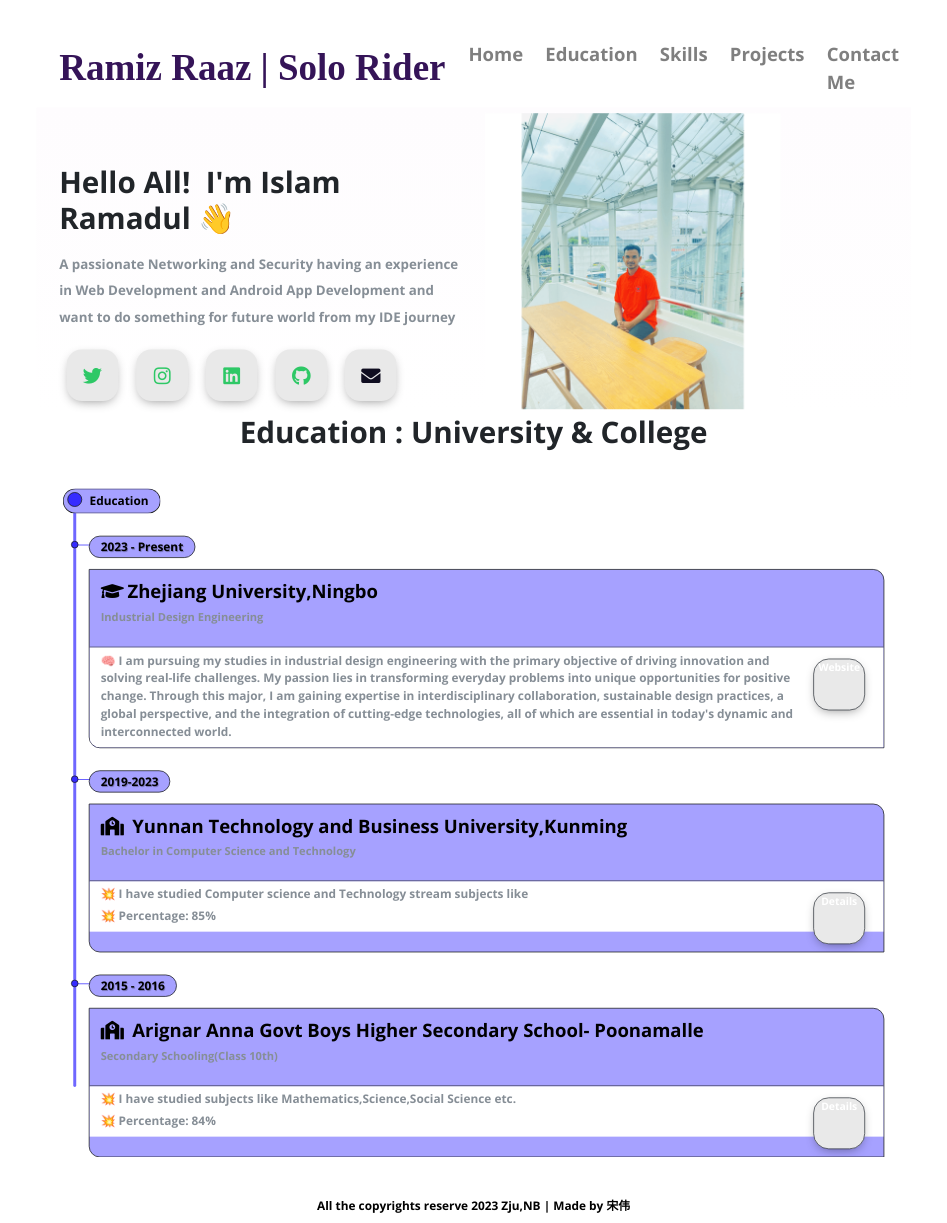
Repository: ramizraaz/ZjuProtfolio
Page: index.html
The author's editor kept a copy of each file at every save. The page is drawn from the files as they stood at one save, then again after a run of saves.
The browser window is 1280 px wide. The pictures show the whole page, at 74% of full size.
Some web fonts or font styles are not loaded; a fallback is used. Some web libraries are served in a nearby version.

Above is the page before, as saved 2023-10-08 17:27:36.

### index.html
<!DOCTYPE html>
<html lang="en" dir="ltr">

<head>
    <meta charset="utf-8">
    <meta name="viewport" content="width=device-width,initial-scale=1">
    <title>宋伟's Profile | Personal website</title>
    <link rel="icon" href="Image/RR.png">
    <link rel="stylesheet" href="https://stackpath.bootstrapcdn.com/bootstrap/4.5.0/css/bootstrap.min.css" integrity="sha384-9aIt2nRpC12Uk9gS9baDl411NQApFmC26EwAOH8WgZl5MYYxFfc+NcPb1dKGj7Sk" crossorigin="anonymous">
    <link rel="stylesheet" href="style.css">
    <link href="https://fonts.googleapis.com/css2?family=Arizonia&family=Montserrat:wght@400;800&display=swap" rel="stylesheet">
    <link href="https://fonts.googleapis.com/css2?family=Open+Sans:wght@700&display=swap" rel="stylesheet">
    <link rel="stylesheet" href="https://use.fontawesome.com/releases/v5.4.1/css/all.css" />
    <link rel="stylesheet" href="https://cdnjs.cloudflare.com/ajax/libs/font-awesome/5.13.1/css/all.min.css">
    <script src="https://code.jquery.com/jquery-3.5.1.slim.min.js" integrity="sha384-DfXdz2htPH0lsSSs5nCTpuj/zy4C+OGpamoFVy38MVBnE+IbbVYUew+OrCXaRkfj" crossorigin="anonymous"></script>
    <script src="https://cdn.jsdelivr.net/npm/popper.js@1.16.0/dist/umd/popper.min.js" integrity="sha384-Q6E9RHvbIyZFJoft+2mJbHaEWldlvI9IOYy5n3zV9zzTtmI3UksdQRVvoxMfooAo" crossorigin="anonymous"></script>
    <script src="https://stackpath.bootstrapcdn.com/bootstrap/4.5.0/js/bootstrap.min.js" integrity="sha384-OgVRvuATP1z7JjHLkuOU7Xw704+h835Lr+6QL9UvYjZE3Ipu6Tp75j7Bh/kR0JKI" crossorigin="anonymous"></script>
</head>

<body class="container-fluid body_section">
    <header>
        <nav class="navbar navbar-expand-lg navbar-light ">
            <a class="navbar-brand brand-name" href="#">Ramiz Raaz | Solo Rider</a>
            <button class="navbar-toggler" type="button" data-toggle="collapse" data-target="#navbarSupportedContent" aria-controls="navbarSupportedContent" aria-expanded="false" aria-label="Toggle navigation">
                  <span class="navbar-toggler-icon"></span>
                </button>
            <div class="collapse navbar-collapse" id="navbarSupportedContent">
                <ul class="navbar-nav ml-auto">
                    <li class="nav-item">
                        <a class="nav-link headerachor" href="index.html">Home</a>
                    </li>

                    <li class="nav-item">
                        <a class="nav-link headerachor" href="">Education</a>
                    </li>
                    <li class="nav-item">
                        <a class="nav-link headerachor" href="">Skills</a>
                    </li>
                    <li class="nav-item">
                        <a class="nav-link headerachor" href="">Projects</a>
                    </li>
                    <li class="nav-item">
                        <a class="nav-link headerachor" href="">Contact Me</a>
                    </li>
                </ul>
        </nav>
    </header>
    <!-- Intro Section -->
    <section id="Home">
        <div class="row column1">
            <div class="col-lg-6 col-md-6 first-image">
                <img class="boyimage" src="img/me.gif" alt="">
            </div>
            <div class="col-lg-6 section-1">
                <h1 class="Hello">Hello All!&nbsp&nbspI'm Islam Ramadul <span class="wave">👋</span></h1>
                <p>A passionate Networking and Security having an experience in Web Development and Android App Development and want to do something for future world from my IDE journey</p>
                <div class=social_media_icon>
                    <a class="btn" href="https://twitter.com/ramiz_raaz" target=_blank>
                        <i class="fab fa-twitter"></i>
                    </a>
                    <a class="btn" href="https://www.instagram.com/ramiz_raaz/" target=_blank>
                        <i class="fab fa-instagram"></i>
                    </a>
                    <a class="btn" href="https://www.linkedin.com/" target=_blank>
                        <i class="fab fa-linkedin" aria-hidden="true"></i>
                    </a>
                    <a class="btn" href="https://github.com/ramizraaz" target=_blank>
                        <i class="fab fa-github"></i>
                    </a>
                    <a class="btn" href="mailto:romiz.romeo.raaz@gmail.com/" target=_blank>
                        <i class="fa fa-envelope"></i>
                    </a>
                </div>
            </div>
    </section>
    <!-- Education Section -->
    <section>
        <div class="container">
            <div class="Heading">
                <h1>Education : University & College</h1>
                <br>
            </div>
            <div class="timeline">
                <div class="timeline-month">
                    Education
                </div>
                <div class="timeline-section">
                    <div class="timeline-date">
                        2023 - Present
                    </div>
                    <div class="row">
                        <div class="col-lg">
                            <div class="timeline-box">
                                <div class="box-title">
                                    <i class="fas fa-graduation-cap" aria-hidden="true"></i>Zhejiang University,Ningbo
                                    <p class="degree">Industrial Design Engineering</p>
                                </div>
                                <div class="box-content">
                                    <a class="btn btn-sm btn-dark float-right" role="button" href="https://www.zju.edu.cn/english/" target=_blank style="color: white;">Website</a>
                                    <div class="box-item">🧠 I am pursuing my studies in industrial design engineering with the primary objective of driving innovation and solving real-life challenges. My passion lies in transforming everyday problems into unique opportunities
                                        for positive change. Through this major, I am gaining expertise in interdisciplinary collaboration, sustainable design practices, a global perspective, and the integration of cutting-edge technologies, all of which
                                        are essential in today's dynamic and interconnected world.</div>
                                </div>
                            </div>
                        </div>
                    </div>
                </div>

                <div class="timeline-section">
                    <div class="timeline-date">
                        2019-2023
                    </div>
                    <div class="row">
                        <div class="col-lg">
                            <div class="timeline-box">
                                <div class="box-title">
                                    <i class="fas fa-school" aria-hidden="true"></i> Yunnan Technology and Business University,Kunming
                                    <p class="degree">Bachelor in Computer Science and Technology</p>
                                </div>
                                <div class="box-content">
                                    <a class="btn btn-sm btn-dark float-right" role="button" style="color: white;">Details</a>
                                    <div class="box-item">💥 I have studied Computer science and Technology stream subjects like </div>
                                    <div class="box-item"><b>💥 Percentage</b>: 85%</div>

                                </div>
                            </div>
                        </div>
                    </div>
                </div>

                <div class="timeline-section">
                    <div class="timeline-date">
                        2015 - 2016
                    </div>
                    <div class="row">
                        <div class="col-lg">
                            <div class="timeline-box">
                                <div class="box-title">
                                    <i class="fas fa-school" aria-hidden="true"></i> Arignar Anna Govt Boys Higher Secondary School- Poonamalle
                                    <p class="degree"> Secondary Schooling(Class 10th) </p>
                                </div>
                                <div class="box-content">
                                    <a class="btn btn-sm btn-dark float-right" role="button" style="color: white;">Details</a>
                                    <div class="box-item">💥 I have studied subjects like Mathematics,Science,Social Science etc. </div>
                                    <div class="box-item"><b>💥 Percentage</b>: 84%</div>

                                </div>
                            </div>
                        </div>
                    </div>
                </div>
            </div>
        </div>
    </section>

    </form>
    <footer class=footer>All the copyrights reserve 2023 Zju,NB | Made by 宋伟</footer>
</body>

</html>

### style.css
body {
    font-family: 'Open Sans', sans-serif;
    margin: 0;
}

.body_section {
    padding: 3% 5% 1%;
}

p {
    font-size: 18px;
}

a {
    text-decoration: none;
}

@font-face {
    font-family: "Lovely Home";
    src: local('Lovely Home'), url("Image/LovelyHome-9aBZ.ttf") format('truetype');
}

.brand-name,
.navbar-light .navbar-brand {
    font-family: "Lovely Home";
    font-size: 50px;
    font-weight: bold;
    color: #075786;
}

.headerachor {
    color: black;
    margin: 0 7px 0 7px;
    border-radius: 20px;
    font-size: 25px;
}

.headerachor:hover {
    background-color: #8c8a8a;
}


/* Section 1 */

.column1 {
    background-image: linear-gradient(#fefcfe, #ffffff);
    padding: 8px 16px;
}

.section-1 {
    margin-top: 6%;
    text-align: left;
    position: relative;
}

span.wave {
    animation-name: wave-animation;
    animation-duration: 2.5s;
    animation-iteration-count: infinite;
    transform-origin: 70% 70%;
    display: inline-block;
}

@keyframes wave-animation {
    0% {
        transform: rotate( 0.0deg)
    }
    10% {
        transform: rotate(-10.0deg)
    }
    20% {
        transform: rotate( 12.0deg)
    }
    30% {
        transform: rotate(-10.0deg)
    }
    40% {
        transform: rotate( 9.0deg)
    }
    50% {
        transform: rotate( 0.0deg)
    }
    100% {
        transform: rotate( 0.0deg)
    }
}

.first-image {
    position: absolute;
    right: 0;
}

.boyimage {
    height: 400px;
}

@media only screen and (max-width: 1183px) {
    .first-image {
        right: 160px;
    }
}

.boy {
    width: 100%;
    height: 100%;
    animation: bounce 1.2s;
    animation-direction: alternate;
    animation-iteration-count: infinite;
}

@keyframes bounce {
    from {
        transform: translate3d(0, 0, 0);
    }
    to {
        transform: translate3d(0, 20px, 0);
    }
}

.Image-boy {
    text-align: center;
    align-items: center;
}

@media only screen and (min-width:951px) {
    .Image-boy {
        display: none;
    }
}

.Hello {
    margin-bottom: 20px;
}

p {
    line-height: 2;
    color: #868e96;
}

.btn {
    display: inline-block;
    width: 4.37rem;
    height: 4.37rem;
    background: #e9e9e9;
    padding: 0px 0px;
    margin: 10px;
    border-radius: 30%;
    box-shadow: 0 5px 15px -5px #00000070;
    color: #0f0d20;
    overflow: hidden;
    position: relative;
}

.btn i {
    line-height: 70px;
    font-size: 1.625rem;
    transition: 0.2s linear;
}

.btn:hover i {
    transform: scale(1.3);
    color: #f1f1f1;
}

.btn::before {
    content: "";
    position: absolute;
    width: 120%;
    height: 120%;
    background: #46088d;
    transform: rotate(45deg);
    left: -110%;
    top: 90%;
}

.btn:hover::before {
    animation: aaa 0.7s 1;
    top: -10%;
    left: -10%;
}

@media only screen and (max-width:470px) {
    .btn {
        width: 2.5rem;
        height: 2.5rem;
        margin: 7px;
    }
    .btn i {
        line-height: 40px;
        font-size: 1em;
    }
}


/* Education CSS */

body {
    font-family: 'Open Sans', sans-serif;
    font-weight: 700;
    margin: 0;
}

.body_section {
    padding: 3% 5% 1%;
}

a {
    text-decoration: none;
}

@font-face {
    font-family: "Lovely Home";
    src: local('Lovely Home'), url("Image/LovelyHome-9aBZ.ttf") format('truetype');
}

.brand-name,
.navbar-light .navbar-brand {
    /* font-family: "Brush Script MT"; */
    /* margin-bottom: 3px; */
    font-family: "Lovely Home";
    font-size: 50px;
    font-weight: bold;
    color: #351458;
}

@media only screen and (max-width: 764px) {
    .brand-name,
    .navbar-light .navbar-brand {
        font-family: "Lovely Home";
        font-size: 40px;
        font-weight: bold;
        color: #351458;
    }
}

.headerachor {
    color: black;
    margin: 0 7px 0 7px;
    font-size: 25px;
}

.headerachor:hover {
    background-color: #f1f1f1;
}

#Section1 {
    padding: 7% 0 3%;
}

.Programming {
    width: 100%;
    height: 100%;
}

.Coding {
    padding-top: 3%;
    text-align: center;
}

.competitive_icon li {
    margin: 0 2% 0;
    list-style: none;
    display: inline;
}

.fab {
    color: #2ec866;
}

.fab:hover {
    color: black;
}

.iconify {
    color: gray;
    margin-bottom: 40px;
}

.iconify:hover {
    color: black;
}

.Heading {
    text-align: center;
}

.timeline {
    margin-top: 20px;
    position: relative;
}

.timeline:before {
    position: absolute;
    content: '';
    width: 4px;
    height: calc(100% - 100px);
    background: #6F67FF;
    left: 14px;
    top: 5px;
    border-radius: 4px;
}

.timeline-month {
    color: black;
    position: relative;
    padding: 4px 15px 4px 35px;
    background-color: #a6a1ff;
    display: inline-block;
    width: auto;
    border-radius: 40px;
    border: 1px solid #17191B;
    border-right-color: black;
    margin-bottom: 30px;
}

.timeline-month span {
    position: absolute;
    top: -1px;
    left: calc(100% - 100px);
    z-index: -1;
    white-space: nowrap;
    display: inline-block;
    background-color: #111;
    padding: 4px 10px 4px 20px;
    border-top-right-radius: 40px;
    border-bottom-right-radius: 40px;
    border: 1px solid black;
    box-sizing: border-box;
}

.timeline-month:before {
    position: absolute;
    content: '';
    width: 20px;
    height: 20px;
    background: #362CFF;
    border-radius: 100%;
    border: 1px solid #17191B;
    left: 5px;
}

.timeline-section {
    padding-left: 35px;
    display: block;
    position: relative;
    margin-bottom: 30px;
}

.timeline-date {
    margin-bottom: 15px;
    padding: 2px 15px;
    background: #a6a1ff;
    position: relative;
    display: inline-block;
    border-radius: 20px;
    border: 1px solid #17191B;
    color: black;
    text-shadow: 1px 1px 1px rgba(0, 0, 0, 0.3);
}

.timeline-section:before {
    content: '';
    position: absolute;
    width: 30px;
    height: 1px;
    background-color: #362CFF;
    top: 12px;
    left: 20px;
}

.timeline-section:after {
    content: '';
    position: absolute;
    width: 10px;
    height: 10px;
    background: #362CFF;
    top: 7px;
    left: 11px;
    border: 1px solid #17191B;
    border-radius: 100%;
}

.timeline-box {
    position: relative;
    color: black;
    background-color: #a6a1ff;
    border-radius: 15px;
    border-top-left-radius: 0px;
    border-bottom-right-radius: 0px;
    border: 1px solid #17191B;
    transition: all 0.3s ease;
    overflow: hidden;
}

.box-icon {
    position: absolute;
    right: 5px;
    top: 0px;
}

.box-title {
    padding: 10px 15px;
    font-size: 25px;
    border-bottom: 1px solid #17191B;
}

.degree {
    font-size: 15px;
}

.box-title i {
    margin-right: 5px;
}

.box-content {
    padding: 5px 15px;
    background-color: white;
}

.box-item {
    margin-bottom: 5px;
    color: #868e96;
    font-weight: 400;
}

.certificate {
    padding-top: 20px;
}

.certificate-text {
    text-align: center;
}

.box-shadow {
    box-shadow: 5px 5px 5px #d9dbdf;
}

.jc {
    background-color: white;
    border: 2px solid black;
    color: rgb(12, 12, 12);
    padding: 10px 49px;
    text-align: center;
    display: inline-block;
    font-size: 13px;
    margin: 5px 90%;
    cursor: pointer;
    width: fit-content;
}

footer {
    padding-top: 2%;
    color: #000000;
    text-align: center;
}

After the next 2 saves:
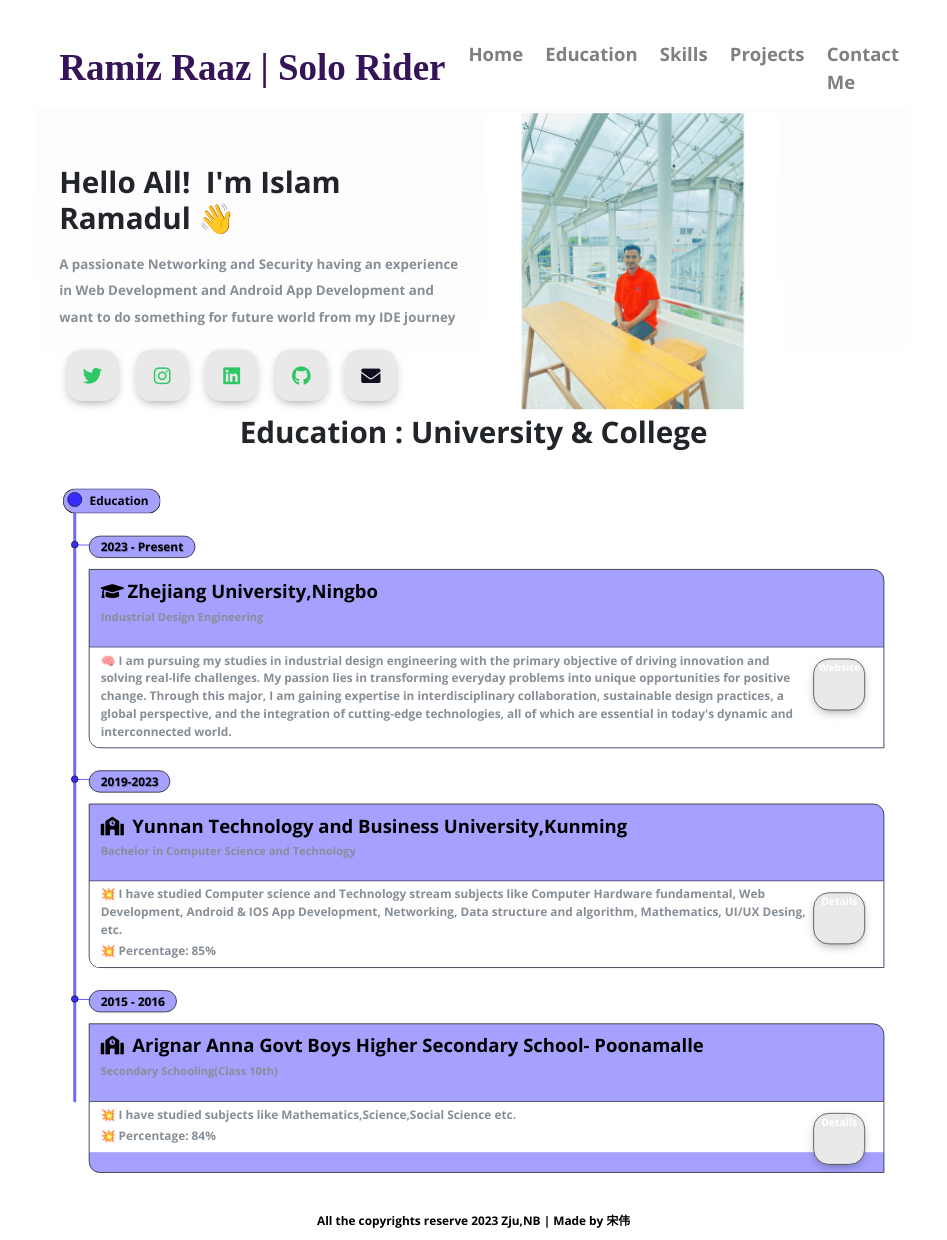
The 2 saves are shown as one change because they came seconds apart.
The last was saved 102 s later.
--- a/index.html
+++ b/index.html
@@ -119,7 +119,9 @@
                                 </div>
                                 <div class="box-content">
                                     <a class="btn btn-sm btn-dark float-right" role="button" style="color: white;">Details</a>
-                                    <div class="box-item">💥 I have studied Computer science and Technology stream subjects like </div>
+                                    <div class="box-item">💥 I have studied Computer science and Technology stream subjects like Computer Hardware fundamental, Web Development, Android & IOS App Development, Networking, Data structure and algorithm, Mathematics, UI/UX Desing,
+                                        etc.
+                                    </div>
                                     <div class="box-item"><b>💥 Percentage</b>: 85%</div>
 
                                 </div>
